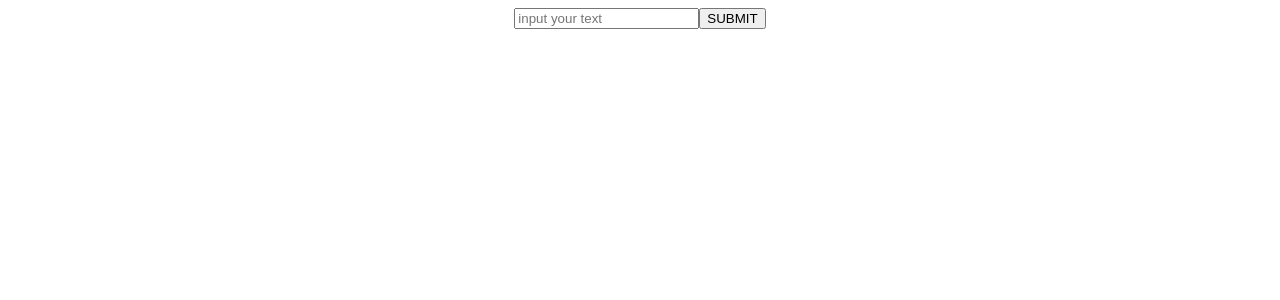
Repository: haykgrigoryan077/wheater-forecast
Page: /
These files come from the project's save history. The page is drawn as it stood at one moment and after the next save; the edit follows.
The browser window is 1280 px wide. The pictures show the whole page.
The page's requests for data from a server got no answer. The project was rebuilt for these pictures with package versions that can differ from the ones it lists, and the page was loaded fresh each time. No one was signed in, and anything a server would have sent is missing. Also part of the build but not shown: src/index.css.

Above is the page before, as saved 2022-08-25 15:53:20.

### src/App.js
import './App.css';
import SearchCitys from './Inputs';
import ShowWheatherData from './ShowData';
import { useState } from 'react';

function App() {
  const [city, setCity] = useState('');
  const [finalSearch, setFinalSearch] = useState('')
  return (
    <div className="App">
      <SearchCitys
        setCity={setCity}
        city={city}
        finalSearch={finalSearch}
        setFinalSearch={setFinalSearch}
      />
      <ShowWheatherData
        city={finalSearch}
      />
    </div>
  );
}

export default App;

### src/Inputs/index.js
import React from "react";
import { useState } from "react";

const SearchCity = (props) => {
    console.log(props.finalSearch);

    return (
        <div className="searchInput">
            <input
                type='text'
                placeholder='input your text'
                onChange={(event) => {
                    props.setCity(event.target.value)
                }}
                value={props.city}
            />
            <button className="searchButton" onClick={() => {
                props.setFinalSearch(props.city)
                props.setCity('')
            }}>
                SUBMIT
            </button>
        </div>
    )
}

export default SearchCity

### src/ShowData/index.js
import React from "react";
import { useState, useEffect } from "react";
import axios from "axios";

const ShowWheatherData = (props) => {
    const [wheatherData, setWheatherData] = useState('')

    let baseUrl = `https://api.openweathermap.org/data/2.5/weather?q=${props.city}&appid=50a7aa80fa492fa92e874d23ad061374`

    useEffect(() => {
        axios.get(baseUrl).then((response) => {
            setWheatherData(response.data)
        })
    }, [baseUrl])
    console.log(wheatherData);

    return (
        <div className="infoWrapper">
            <div className="wheatherInfoBox">

            </div>
        </div>
    )

}

export default ShowWheatherData

### src/ShowData/style.css
.wheatherInfoBox {
    width: 200px;
    height: 200px;
    background-color: aqua;
}

Loaded but not shown: public/index.html (common file); src/index.js (common file); src/reportWebVitals.js (common file); src/App.css (common file)

After the next save:
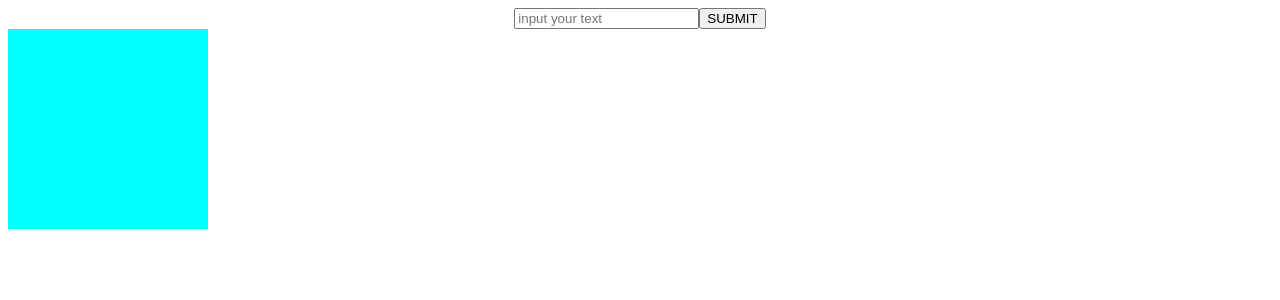
Saved 43 s later.
--- a/src/ShowData/index.js
+++ b/src/ShowData/index.js
@@ -1,6 +1,7 @@
 import React from "react";
 import { useState, useEffect } from "react";
 import axios from "axios";
+import './style.css'
 
 const ShowWheatherData = (props) => {
     const [wheatherData, setWheatherData] = useState('')
